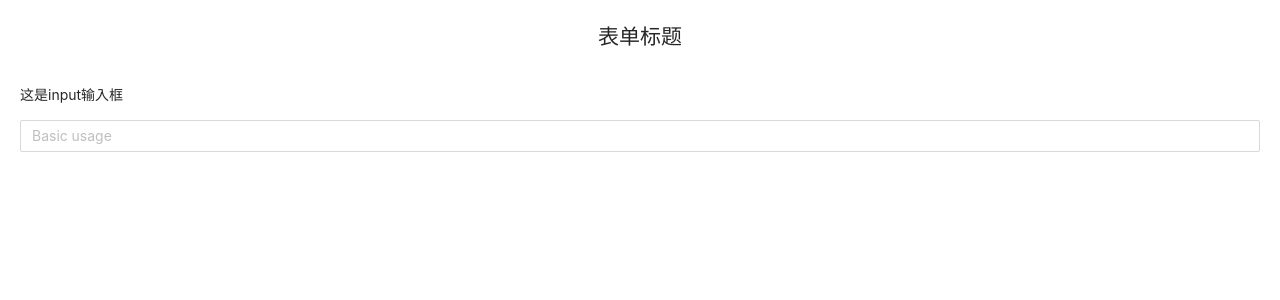
Repository: yangdi1993/form
Page: /
These files come from the project's save history. The page is drawn as it stood at one moment and after the next save; the edit follows.
The browser window is 1280 px wide. The pictures show the whole page.
The project was rebuilt for these pictures with package versions that can differ from the ones it lists, and the page was loaded fresh each time.

Above is the page before, as saved 2020-04-01 12:20:08.

After the next save:
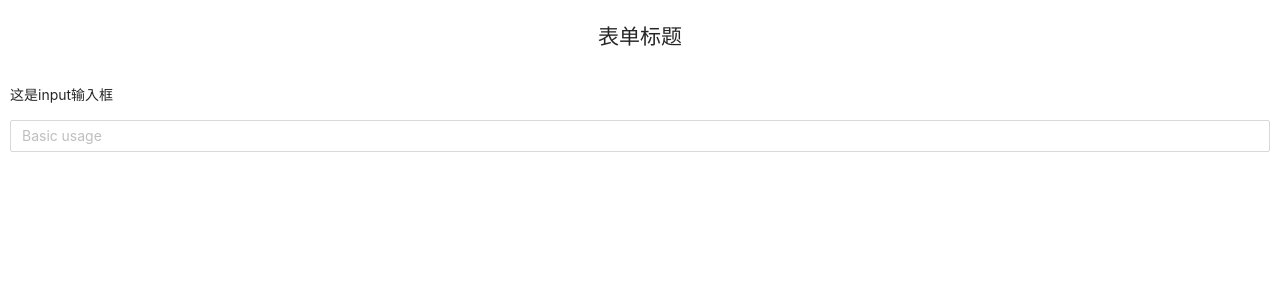
Saved 36 s later.
--- a/src/App.scss
+++ b/src/App.scss
@@ -6,7 +6,7 @@
     padding: 20px;
   }
   .question-list{
-    padding: 0 20px;
+    padding: 0 10px;
     .input-title{
 
     }
